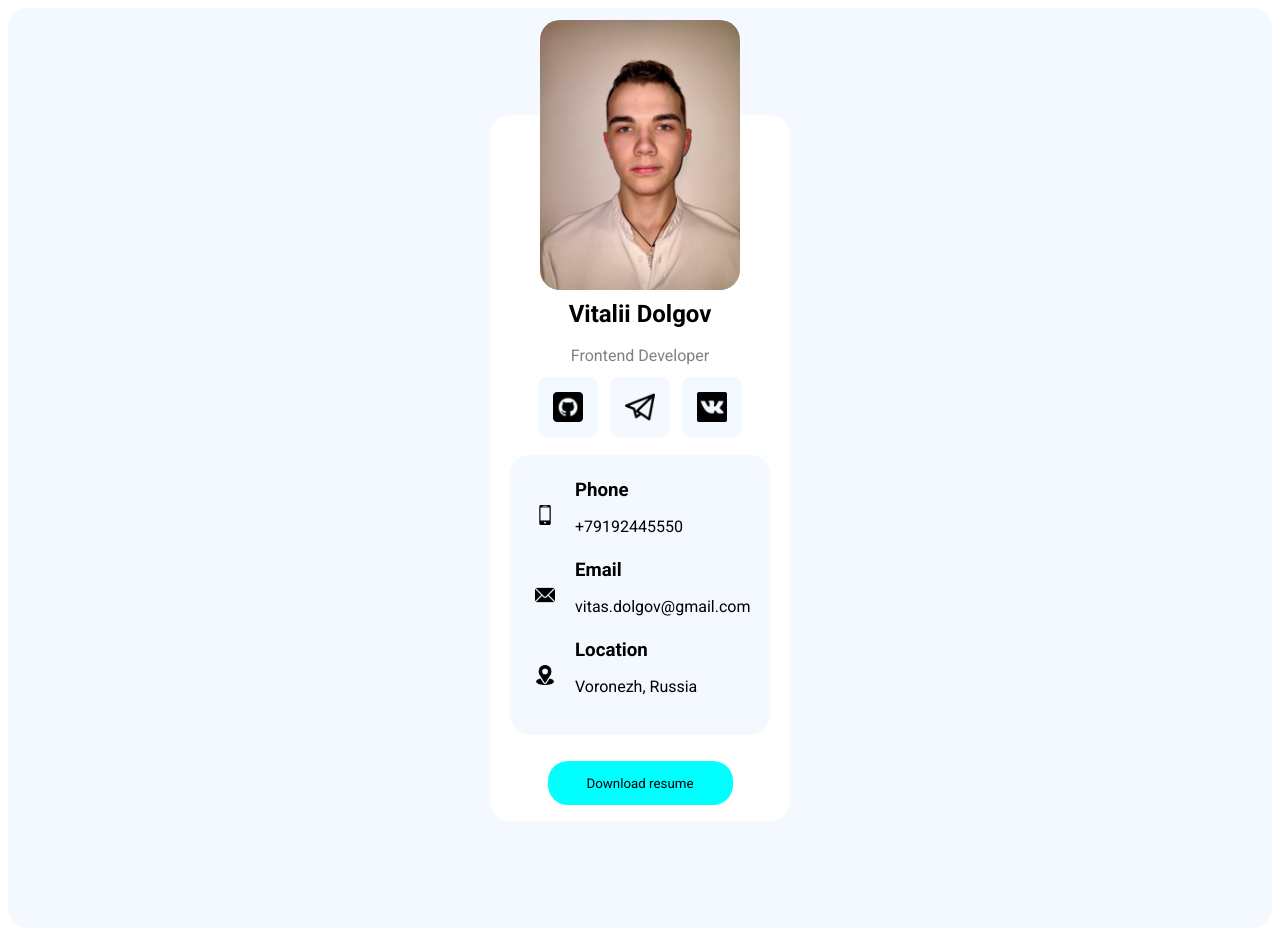
Repository: VitasYo/User_card
Page: src/index.html
An editor plug-in stored every save of this project. The page is shown before and after the next save, followed by the edit.
The browser window is 1280 px wide. The pictures show the whole page.

Above is the page before, as saved 2024-04-09 23:57:25.

After the next save:
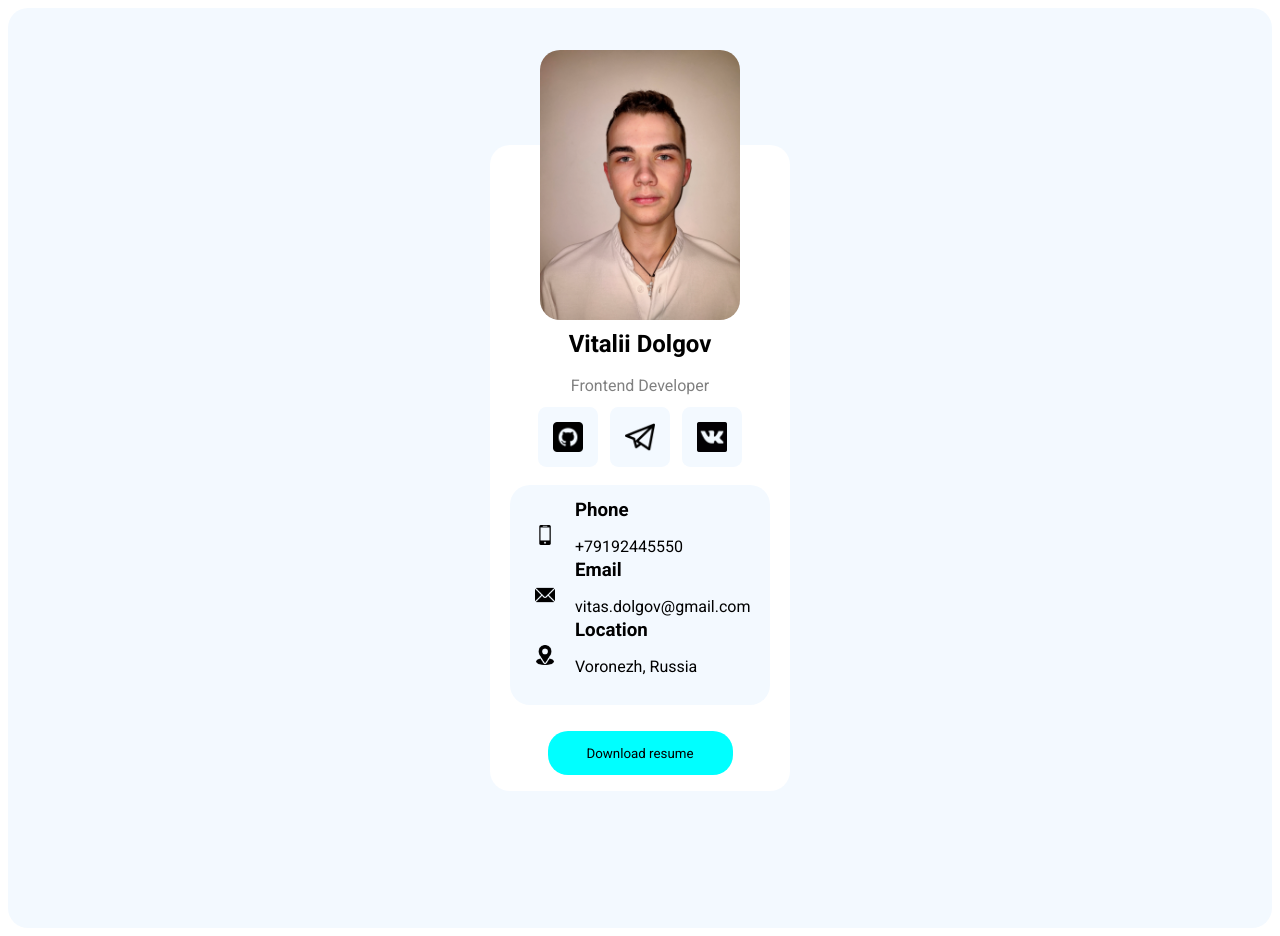
Saved 5 s later.
--- a/assets/css/index.css
+++ b/assets/css/index.css
@@ -75,7 +75,7 @@
   display: flex;
   border-bottom: 1px;
   border-width: 1px;
-  height: 80px;
+  height: 60px;
 }
 
 .card_icon {
